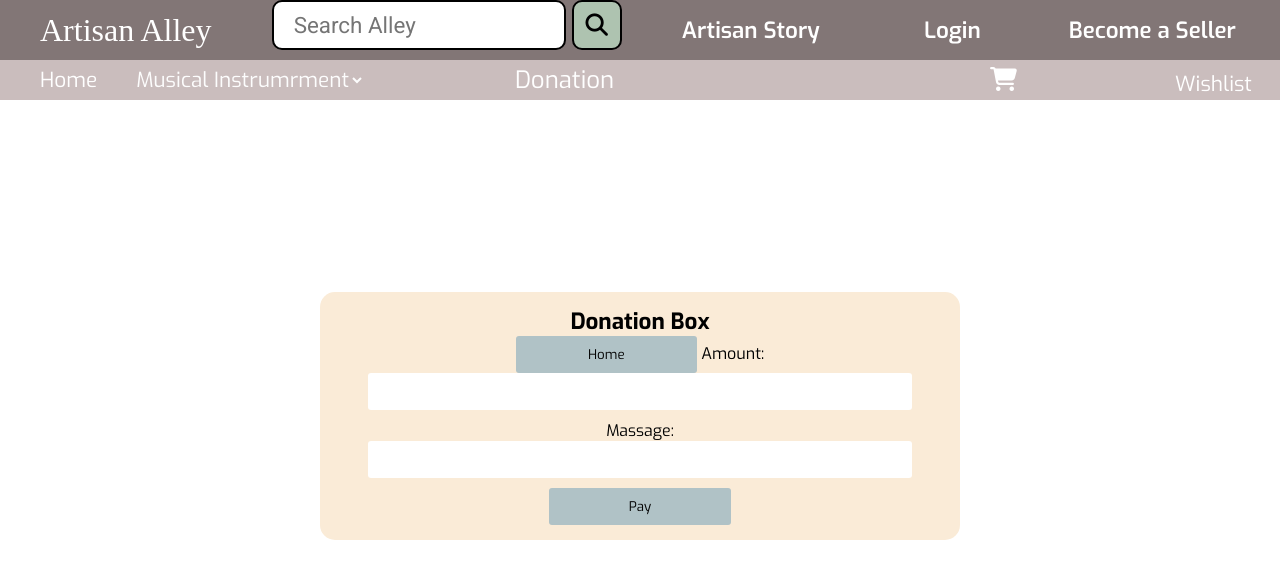
Repository: RingkhangBTY/Bytehacks_Hackathon_Project
Page: donation.html
An editor plug-in stored every save of this project. The page is shown before and after a run of saves, followed by the edit.
The browser window is 1280 px wide. The pictures show the whole page.
Some web fonts or font styles are not loaded; a fallback is used.

Above is the page before, as saved 2024-11-27 10:53:13.

### donation.html
<!DOCTYPE html>
<html lang="en">
<head>
    <meta charset="UTF-8">
    <meta name="viewport" content="width=device-width, initial-scale=1.0">
    <title>Document</title>
    <link
      rel="stylesheet"
      href="https://cdnjs.cloudflare.com/ajax/libs/font-awesome/6.7.1/css/all.min.css"
      integrity="sha512-5Hs3dF2AEPkpNAR7UiOHba+lRSJNeM2ECkwxUIxC1Q/FLycGTbNapWXB4tP889k5T5Ju8fs4b1P5z/iB4nMfSQ=="
      crossorigin="anonymous"
      referrerpolicy="no-referrer"
    />
    <link rel="stylesheet" href="style.css">
    <link rel="stylesheet" href="login/donation-style.css">
</head>
<body>
    <header>
        <div class="split-div">
            <div class="half half-top">
              <a href="index.html" class="logo">Artisan Alley</a>

              <div class="searchdiv">
                <input
                  type="text"
                  placeholder="Search Alley"
                  class="searchbar"
                  id=""
                />

                <div class="search-icon">
                  <button class="alley-search">
                    <i class="fa-solid fa-magnifying-glass"></i>
                  </button>
                </div>
              </div>

              <div class="artisan-story">
                <a href="artisan-story.html" class="story" id="">Artisan Story</a>
              </div>

              <div class="login-and-seller">
                <a href="login/login.html" class="account-login login" id="">Login</a>
                <a href="" class="seller-login login" id="">Become a Seller</a>
              </div>
            </div>

            <div class="half half-bottom">
              <div class="home-and-categories nav2">
                <a href="index.html" class="home">Home</a>

                <label for="categories"></label>
                <select id="categories" class="categories">
                  <option value="" disabled selected>Categories</option>
                  <option value="" selected>Painting</option>
                  <option value="" selected>Sculpture</option>
                  <option value="" selected>Drawing</option>
                  <option value="" selected>Handcraft</option>
                  <option value="" selected>Musical Instrumrment</option>
                </select>
              </div>

              <div class="donation-container nav2">
                <a class="donation" href="donation.html">Donation</a>
              </div>

              <div class="cart-wishlist nav2">
                <a href="index.html" class="cart" id=""
                  ><i class="fa-solid fa-cart-shopping"></i
                ></a>

                <button class="wishlist" id="">Wishlist</button>
              </div>
            </div>
          </div>
    </header>

    <main>
        <div class="donate-con">
            <div class="donation-cont">
                <!-- <h2>Welcome to </h2> -->
                <form id="donation from">
                    <h3>Donation Box</h3>
                    <button><a href="index.html"></a>Home</button>
                    <lab for="donation">Amount:</lab>
                    <input type="amount" id="text" name="donate" required>

                    <lab for="donation"> Massage:</lab>
                    <input type="text" id="text" name="donate" >
                    <button type="submit">Pay</button>
                </form>
            </div>
        </div>
    </main>
</body>
</html>

### style.css
@import url("https://fonts.googleapis.com/css2?family=Roboto:ital,wght@0,100;0,300;0,400;0,500;0,700;0,900;1,100;1,300;1,400;1,500;1,700;1,900&display=swap");
@import url("https://fonts.googleapis.com/css2?family=Edu+AU+VIC+WA+NT+Pre:wght@400..700&display=swap");
@import url("https://fonts.googleapis.com/css2?family=Exo:ital,wght@0,100..900;1,100..900&display=swap");

* {
  margin: 0;
  padding: 0;
  box-sizing: border-box;
  font-family: Exo;
}

body {
  header {
    .split-div {
      width: 100%;
      height: 30%;

      .half {
        width: 100%;
      }

      .half-top {
        background-color: #827676;
        height: 70%;
        display: flex;
        justify-content: space-between;
        align-items: center;

        .logo {
          text-decoration: none;
          color: white;
          font-size: 2rem;
          font-family: Edu AU VIC WA NT Pre, cursive;
          font-weight: 500;
          margin-left: 40px;
        }

        .searchdiv {
          display: flex;

          .searchbar {
            height: 50px;
            width: 100%;
            border: black 2px solid;
            outline: none;
            border-radius: 10px;
            padding-left: 20px;
            font-size: 1.4rem;
            font-family: Roboto;
            margin-right: 5px;
          }

          .alley-search {
            display: flex;
            justify-content: center;
            align-items: center;
            width: 50px;
            height: 50px;
            background-color: #aec3b0;
            border: 2px black solid;
            margin-left: 1px;
            border-radius: 10px;
            cursor: pointer;

            i {
              color: black;
              font-size: 1.4rem;
            }
          }
        }

        .artisan-story .story{
          color: white;
          font-size: 1.4rem;
          text-decoration: none;
          font-family: Exo;
          font-weight: 600;
        }

        .login-and-seller {
          height: 60px;
          width: 400px;
          display: flex;
          justify-content: space-around;
          align-items: center;
        }

        .login-and-seller .login {
          color: white;
          font-size: 1.4rem;
          text-decoration: none;
          font-family: Exo;
          font-weight: 600;
        }
      }

      .half-bottom {
        background-color: #cabdbd;
        height: 30%;
        display: flex;
        justify-content: space-between;
        align-items: center;

        .nav2 {
          height: 40px;
          width: 250px;
          display: flex;
          justify-content: space-between;
          align-items: center;
          margin-left: 40px;
          margin-right: 40px;

          .home {
            text-decoration: none;
            color: white;
            margin-right: 10%;
            font-size: 1.3rem;
          }

          .categories {
            height: 100%;
            padding-left: 10px;
            text-align: center;
            border: none;
            background: transparent;
            border-radius: 5px;
            outline: none;
            font-size: 1.3rem;
            color: #fdfdfd;
            cursor: pointer;
          }
          .categories option[selected]{
            margin-left: 20px;
            background-color: #e6f7ff;
            color: #2a2828;
          }

          .donation{
            display: block;
            text-decoration: none;
            font-size: 1.5rem;
            color: white;
          }

          .cart {
            text-decoration: none;
            font-size: 1.5rem;
            color: white;
          }

          .wishlist {
            height: 100%;
            border-radius: 5px;
            background: transparent;
            border: none;
            outline: none;
            font-size: 1.3rem;
            color: white;
          }
        }
      }
    }
  }
}

.products{
  display: flex;
  gap: 10px;
  margin: 10px;
}

.left-container,.middle-container,.right-container{
  display: flex;
  border-radius: 5px;
  padding: 5px;
  padding-top: 10px;
  width: auto;
}
.left-container{
  padding-left: 17%;
}
.right-container{
  padding-right: 17%;
}
.grid-layout{
  display: grid;
  grid-template-rows: auto ;
  gap: 10px;
}
.grid-item{
  background-color: antiquewhite;
  border: 1px solid #ccc;
  width: 100%;
  border-radius: 5px;
  text-align: center;
  padding: 10px;
  padding-bottom: 10px;
}
.grid-item img{
  width: 100%;
  height: auto;
  border-radius: 5px;
}
.grid-item p{
  font-size: large;
  font-family: Cambria, Cochin, Georgia, Times, 'Times New Roman', serif;
  margin-bottom: 5%;
}

footer{
  background-color: #827676;
    color: #fff;
    padding: 20px 40px;
    text-align: center;
}

.footer-container{
  display: flex;
  justify-content: space-between;
  flex-wrap: wrap;
    gap: 40px;
    max-width: 1200px;
    margin: 0 auto;
    padding-left: 20%;
    padding-right: 20%;
}

.imfo-container{
  display: flex;
    flex-direction: column;
    align-items: center;
    gap: 10px;
}

.imfo-container h6{
  display: flex;
  flex-direction: column;
  font-size: 1rem;
  line-height: 1.6rem;
  display: flex;
  flex-direction: column;
  align-items: center;
  color: #ddd;
  margin: 10px auto;
}
.imfo-container  p, .imfo-container a{
  font-size: 1rem;
  line-height: 1.6rem;
  color: #ddd;
  text-decoration: none;
  display: block;
}

### login/donation-style.css
.donate-con{
    justify-items: center;
}

.donation-cont{
    background-color: antiquewhite;
    border-radius: 15px;
    padding: 15px;
    width: 50%;
    justify-items: center;
    text-align: center;
    margin-top: 15%;
    justify-content: center;
  }

  .donation-cont h3{
    font-size: 1.4rem;
  }

  label{
    display: block;
    text-align: left;
    margin-bottom: 5px;
    font-weight: bold;
  }

  input{
    width: 90%;
    padding: 10px;
    margin-bottom: 10px;
    border: 1px snow;
    border-radius: 3px;
  }

  button{
    width: 30%;
    padding: 10px;
    background-color: rgb(176, 194, 198);
    color: rgb(4, 4, 4);
    border: none;
    border-radius: 3px;
    cursor: pointer;
  }

  .donation-cont:hover{
    transform: translateY(-5px);
    box-shadow: 0 7px rgba(0,0, 0, 0.2);
  }

After the next 6 saves:
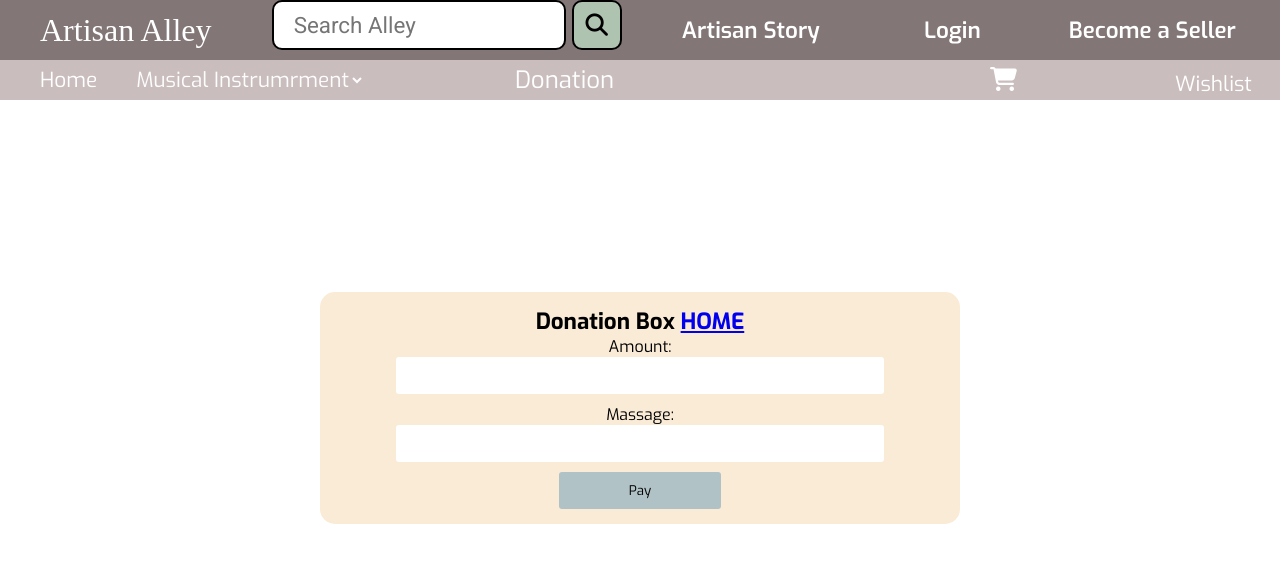
The 6 saves are shown as one change because they came seconds apart.
The last was saved 34 s later.
--- a/donation.html
+++ b/donation.html
@@ -80,8 +80,7 @@
             <div class="donation-cont">
                 <!-- <h2>Welcome to </h2> -->
                 <form id="donation from">
-                    <h3>Donation Box</h3>
-                    <button><a href="index.html"></a>Home</button>
+                    <h3>Donation Box <a href="index.html">HOME</a></h3>
                     <lab for="donation">Amount:</lab>
                     <input type="amount" id="text" name="donate" required>
 
